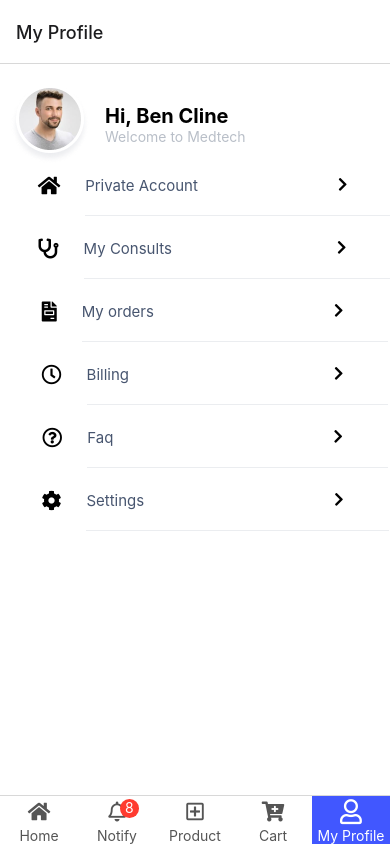
Repository: ntu34543/designReactNative
Screen: /My Profile
The author's editor kept a copy of each file at every save. The screen is drawn from the files as they stood at one save, then again after the next save.
The app was drawn by React Native's web renderer in a window 390 px wide. The project was rebuilt for these pictures with package versions that can differ from the ones it lists, and the page was loaded fresh each time. Also part of the build but not shown: page/DiabetesCare.js, page/Notify.js, page/Cart.js.

Above is the screen before, as saved 2022-11-02 11:19:36.

### App.js
import { StatusBar } from "expo-status-bar";
import { StyleSheet, Text, View, Pressable, TabBarIOSItem } from "react-native";
import { NavigationContainer } from "@react-navigation/native";
import { createStackNavigator } from "@react-navigation/stack";
import ScreenA from "./page/Home";
import ScreenB from "./page/DiabetesCare";
import Profile from "./page/Profile";
import Notify from "./page/Notify";
import Cart from "./page/Cart";
import FontAwesome5 from "react-native-vector-icons/FontAwesome5";
import { createBottomTabNavigator } from "@react-navigation/bottom-tabs";

const Tab = createBottomTabNavigator();
const Stack = createStackNavigator();
// const Tab = createStackNavigator();
export default function App() {
  return (
    <NavigationContainer>
      <Tab.Navigator
        // screenOptions={{ header: () => null }}
        screenOptions={({ route }) => ({
          tabBarIcon: ({ focused, size, color }) => {
            let iconName;
            if (route.name === "Home") {
              iconName = "home";
              size = focused ? 25 : 20;
              // color = focused ? "#f0f" : "#555";
            } else if (route.name === "Product") {
              iconName = "plus-square";
              size = focused ? 25 : 20;
              // color = focused ? "#f0f" : "#555";
            } else if (route.name === "My Profile") {
              iconName = "user";
              size = focused ? 25 : 20;
              // color = focused ? "#f0f" : "#555";
            } else if (route.name === "Notify") {
              iconName = "bell";
              size = focused ? 25 : 20;
              // color = focused ? "#f0f" : "#555";
            } else if (route.name === "Cart") {
              iconName = "cart-plus";
              size = focused ? 25 : 20;
              // color = focused ? "#f0f" : "#555";
            }
            return <FontAwesome5 name={iconName} size={size} color={color} />;
          },
        })}
        tabBarOptions={{
          activeTintColor: "white",
          activeBackgroundColor: "#4157ff",
          inactiveTintColor: "#555",
          inactiveBackgroundColor: "white",
          showLabel: true,
          labelStyle: { fontSize: 14 },
        }}
      >
        <Tab.Screen
          name="Home"
          component={ScreenA}
          // options={{ tabBarBadge: 3 }}
        />
        {/* options={{header: () => null}} */}
        <Tab.Screen name="Notify" options={{ tabBarBadge: 8 }} component={Notify} />
        <Tab.Screen name="Product" component={ScreenB} />
        <Tab.Screen name="Cart" component={Cart} />
        <Tab.Screen name="My Profile" component={Profile} />
      </Tab.Navigator>
    </NavigationContainer>
  );
}

### page/Home.js
import { StatusBar } from "expo-status-bar";
import { StyleSheet, Text, View, Pressable } from "react-native";

export default function ScreenA({ navigation }) {
  const onPressHandler = () => {
    navigation.navigate("Screen_B");
    // navigation.replace("Screen_B");
  };
  return (
    <View style={styles.body}>
      <Text style={styles.text}>Home</Text>
      <Pressable
        onPress={onPressHandler}
        style={({ pressed }) => ({
          backgroundColor: pressed ? "#ddd" : "#0f0",
        })}
      >
        <Text style={styles.text}>Go to the Screen B</Text>
      </Pressable>
    </View>
  );
}

const styles = StyleSheet.create({
  body: {
    flex: 1,
    justifyContent: "center",
    alignItems: "center",
  },
  text: {
    fontSize: 30,
    fontWeight: "bold",
  },
});

### page/Profile.js
import { useState } from "react";
import { StatusBar } from "expo-status-bar";
import {
  StyleSheet,
  Text,
  View,
  Pressable,
  Image,
  ScrollView,
  FlatList,
  SafeAreaView,
} from "react-native";
import FontAwesome5 from "react-native-vector-icons/FontAwesome5";

export default function Profile({ navigation }) {
  const onPressHandler = () => {
    navigation.navigate("Screen_A");
    // navigation.goBack();
  };
  return (
    <View style={styles.body}>
      <View style={styles.header}>
        <Image
          style={styles.image}
          source={require("../assets/img/profile.png")}
        />
        <View style={styles.inf}>
          <Text style={styles.text1}>Hi, Ben Cline</Text>
          <Text style={styles.text2}>Welcome to Medtech</Text>
        </View>
      </View>
      <View style={styles.main}>
        <View style={styles.block}>
          <FontAwesome5 name="home" size={20} style={styles.iconHome} />
          <View style={styles.item}>
            <Text style={styles.text3}>Private Account</Text>
            <FontAwesome5 name="chevron-right" size={15} color="black" style={styles.iconChevron} />
          </View>
        </View>
        <View style={styles.block}>
          <FontAwesome5 name="stethoscope" size={20} style={styles.iconHome} />
          <View style={styles.item}>
            <Text style={styles.text3}>My Consults</Text>
            <FontAwesome5 name="chevron-right" size={15} color="black" style={styles.iconChevron1} />
          </View>
        </View>
        <View style={styles.block}>
          <FontAwesome5 name="file-invoice" size={20} style={styles.iconHome} />
          <View style={styles.item}>
            <Text style={styles.text3}>My orders</Text>
            <FontAwesome5 name="chevron-right" size={15} color="black" style={styles.iconChevron2} />
          </View>
        </View>
        <View style={styles.block}>
          <FontAwesome5 name="clock" size={20} style={styles.iconHome} />
          <View style={styles.item}>
            <Text style={styles.text3}>Billing</Text>
            <FontAwesome5 name="chevron-right" size={15} color="black" style={styles.iconChevron3} />
          </View>
        </View>
        <View style={styles.block}>
          <FontAwesome5 name="question-circle" size={20} style={styles.iconHome} />
          <View style={styles.item}>
            <Text style={styles.text3}>Faq</Text>
            <FontAwesome5 name="chevron-right" size={15} color="black" style={styles.iconChevron4} />
          </View>
        </View>
        <View style={styles.block}>
          <FontAwesome5 name="cog" size={20} style={styles.iconHome} />
          <View style={styles.item}>
            <Text style={styles.text3}>Settings</Text>
            <FontAwesome5 name="chevron-right" size={15} color="black" style={styles.iconChevron5} />
          </View>
        </View>
      </View>
    </View>
  );
}

const styles = StyleSheet.create({
  body: {
    flex: 1,
    backgroundColor: "white",
    paddingLeft: 10,
    paddingRight: 0,
  },
  text: {
    fontSize: 30,
    fontWeight: "bold",
  },
  header: {
    flexDirection: "row",
    alignItems: "center",
    marginTop: 20,
  },
  inf: {
    marginLeft: 15,
  },
  image: {},
  text1: {
    fontWeight: "bold",
    fontSize: 20,
  },
  text2: {
    fontWeight: "light",
    fontSize: 14,
    color: "#b9bfc8",
  },
  main: {},
  block: {
    flexDirection: "row",
    alignItems: "center",
    justifyContent: "center",
    padding: 10,
  },
  item: {
    flexDirection: "row",
    borderBottomWidth: 1,
    borderBottomColor: "#091C3F14",
    marginLeft: 25,
    alignItems: "center",
    paddingRight: 45,
    paddingBottom: 20,
  },
  text3: {
    color: "#091C3FBF",
    fontWeight: "light",
    fontSize: 15,
  },
  iconChevron : {
    paddingLeft: 140,
  },
  iconChevron1 : {
    paddingLeft: 165,
  },
  iconChevron2 : {
    paddingLeft: 180,
  },
  iconChevron3 : {
    paddingLeft: 205,
  },
  iconChevron4 : {
    paddingLeft: 220,
  },
  iconChevron5 : {
    paddingLeft: 190,
  },
  iconHome: {
    marginLeft: 30,
    paddingBottom: 20,
  }
});

After the next save:
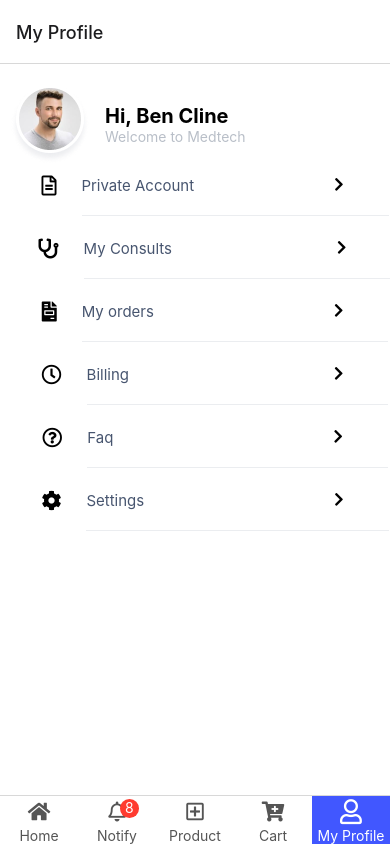
Saved 82 s later.
--- a/page/Profile.js
+++ b/page/Profile.js
@@ -31,7 +31,7 @@ export default function Profile({ navigation }) {
       </View>
       <View style={styles.main}>
         <View style={styles.block}>
-          <FontAwesome5 name="home" size={20} style={styles.iconHome} />
+          <FontAwesome5 name="file-alt" size={20} style={styles.iconHome} />
           <View style={styles.item}>
             <Text style={styles.text3}>Private Account</Text>
             <FontAwesome5 name="chevron-right" size={15} color="black" style={styles.iconChevron} />
